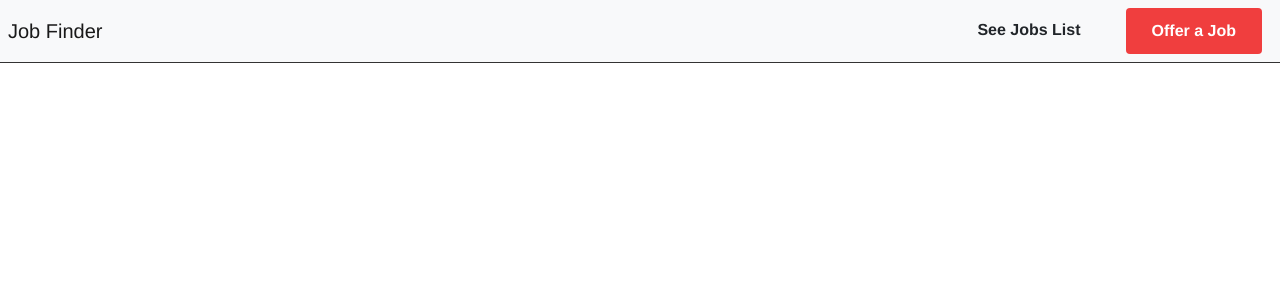
Repository: doncsar/couse-jobfinder-app
Page: templates/add.html
An editor plug-in stored every save of this project. The page is shown before and after the next save, followed by the edit.
The browser window is 1280 px wide. The pictures show the whole page.

Above is the page before, as saved 2023-12-20 20:16:45.

### templates/add.html
<!DOCTYPE html>
   <head>
      <meta charset="UTF-8" />
      <meta name="viewport" content="width=device-width, initial-scale=1.0" />
      <title>Add Job</title>
      <link
         href="https://cdn.jsdelivr.net/npm/bootstrap@5.2.3/dist/css/bootstrap.min.css"
         rel="stylesheet"
         integrity="sha384-rbsA2VBKQhggwzxH7pPCaAqO46MgnOM80zW1RWuH61DGLwZJEdK2Kadq2F9CUG65"
         crossorigin="anonymous"
      />
      <link rel="stylesheet" href="../public/css/styles.css" />
   </head>
<body>
         <header>
         <nav class="navbar fixed-top navbar-expand-lg navbar-light bg-light">
            <a href="index.html" class="navbar-brand">Job Finder</a>
            <button
               class="navbar-toggler"
               type="button"
               data-bs-toggle="collapse"
               data-bs-target="#navbarNav"
               aria-controls="navbarNav"
               aria-expanded="false"
               aria-label="Toggle navigation "
            >
               <span class="navbar-toggle-icon"></span>
            </button>
            <div
               class="collapse navbar-collapse justify-content-end"
               id="navbarNav"
            >
               <ul class="navbar-nav ml-auto">
                  <li class="nav-item">
                     <a class="nav-link" href="index.html">See Jobs List</a>
                  </li>
                  <li class="nav-item">
                     <a href="#" class="nav-link btn btn-primary"
                        >Offer a Job</a
                     >
                  </li>
               </ul>
            </div>
         </nav>
      </header>
      #add-form-container.container>.row>.col-md-12>h1.text-center{Publish Your Job Offer}


      <script
         src="https://cdn.jsdelivr.net/npm/bootstrap@5.2.3/dist/js/bootstrap.bundle.min.js"
         integrity="sha384-kenU1KFdBIe4zVF0s0G1M5b4hcpxyD9F7jL+jjXkk+Q2h455rYXK/7HAuoJl+0I4"
         crossorigin="anonymous"
      ></script>
</body>
</html>

### public/css/styles.css
* {
   box-sizing: border-box;
   font-family: Helvetica, sans-serif;
}

/* nav */
.navbar {
   padding: 0.5rem;
   border-bottom: 1px solid #333;
   display: flex;
   justify-content: space-around;
}

.navbar .nav-item a {
   color: #212529;

}

.navbar .btn a {
   color: #fff;
}

.nav-item {
   margin: 0 10px;
}

.navbar-expand-lg .navbar-nav .nav-link {
   padding: 10px 25px;
   font-weight: bold;
}

.navbar .nav-item .btn {
   color: #fff;
   background-color: #f03e3e;
   border: 1px solid transparent;
   border-radius: 4px;
}

.nav-link.btn.btn-primary:hover,
#search-form button:hover,
.list-group-item a:hover,
#form-box button:hover {
   background-color: #fff;
   color: #f03e3e;
   border-color: #f03e3e;
   border-radius: 4px;
}

/* banner */
#top-container {
  height: 32rem;
   padding: 110px;
   background-color: #f7f9fc;
   border-bottom: 4px solid #01224b;
   margin-bottom: 30px;
   background-image: url('../img/banner2.jpg');
   background-position: 0 80px;
   background-size: cover;
   color: #fff;
}

#main-title {
   padding: 25px 10px;
   font-size: 3rem;
}

#main-subtitle {
   font-size: 1rem;
   margin-bottom: 5rem;
}

/* form */

#search-form {
   padding: 30px 100px;
}

#search-form .col-md-10,
#search-form .col-md-2 {
   padding: 0;
}

#search-form input,
#search-form button {
   width: 100%;
   border-radius: 0;
   height: 50px;
   font-size: 18px;
}

#search-form button {
   color: #fff;
   background-color: #f03e3e;
   border: 1px solid transparent;
   border-radius: 4px;
}

/* lista */

#jobs-container {
   padding: 0 100px;
   padding-bottom: 50px;
}

#job-list .list-group-item {
   margin-bottom: 8px;
   border: 1px solid #ffbebe;
   padding: 15px 80px;
   color: #212529;
   height: 120px;
}

#job-list .list-group-item p {
   font-size: 14px;
   margin-bottom: 5px;
}

#job-list .list-group-item.new-job {
   border: none;
   background-color: #fff7cc;
}

#job-list-title {
   margin-bottom: 35px;
}

.list-group-item img {
   width: 80px;
   border: 1px solid #212529;
   border-radius: 50%;
   background-color: #fff;
   position: absolute;
   left: -40px;
   top: calc(50% - 40px);
}

.list-group-item a {
   position: absolute;
   right: 20px;
   top: 35px;
   height: 50px;
   line-height: 35px;
   background-color: #f03e3e;
   border: 1px solid transparent;
   border-radius: 6px;
   color: #fff;
}

.new-job-label {
   background-color: #fde154;
   color: #6a6100;
   text-transform: uppercase;
   font-weight: bold;
   padding: 5px 10px;
   position: absolute;
   right: 250px;
   top: 40px;
   display: none;
}

.new-job .new-job-label {
   display: block;
}

/* add page */

#add-form-container {
   margin-top: 100px;
}

#form-box {
   padding: 50px;
   box-shadow: 0 1px 5px rgba(0, 0, 0, 0.15);
   border-radius: 4px;
   background-color: #fff;
   margin-bottom: 50px;
}

#add-form-container h1 {
   margin-bottom: 20px;
}

#add-form-container h2 {
   color: #f03e3e;
   font-weight: bold;
   font-size: 24px;
   margin-bottom: 30px;
}

#add-form-container form label {
   font-weight: bold;
}

#add-form-container form input,
#add-form-container form textarea {
   border: 2px solid #ccc;
   background-color: #f8f9fa;
}

#form-box button {
   height: 50px;
   width: 200px;
   background-color: #f03e3e;
   border: 1px solid transparent;
   border-radius: 0;
   margin-top: 20px;
}

/* job-view */

#job-view-container {
   margin-top: 100px;
}

#job-view-container h1 {
   margin-bottom: 30px;
}

#img-container {
   margin-top: 20px;
   margin-bottom: 30px;
}

#img-container img {
   width: 100px;
   border-radius: 50%;
   border: 1px solid #212529;
}

.job-desc {
   width: 60%;
   margin-left: auto;
   margin-right: auto;
}

.bold {
   font-weight: bold;
}

.main-color {
   color: #f03e3e;
}

.back-link {
   border: 1px solid #f03e3e;
   padding: 5px 10px;
   transition: 0.5s;
}

.back-link:hover {
   background-color: #f03e3e;
   color: #fff;
   text-decoration: none;
}

/* responsivo */

@media (max-width: 481px) {
   /* navbar */
   #navbarNav {
      text-align: center;
   }

   /* home */
   #top-container {
      padding: 50px;
      padding-top: 100px;
   }

   #main-title {
      font-size: 2.2rem;
   }

   #main-subtitle {
      font-size: 1.5rem;
   }

   #search-form {
      padding: 0;
   }

   #jobs-container {
      padding: 20px;
   }

   .list-group-item {
      padding: 15px 85px;
   }

   .list-group-item h2 {
      font-size: 1.2rem;
      width: 80%;
   }

   .list-group-item img {
      width: 50px;
      left: 15px;
      top: calc(50% - 25px);
   }

   .new-job .new-job-label {
      display: none;
   }

   /* job view*/

   .back-link {
      margin-left: 30px;
   }

   #job-view-container p {
      font-size: 1.3rem;
   }

   .job-desc {
      width: 80%;
   }

   /* add view */

   #form-box {
      padding: 25px;
   }

   #form-box h2 {
      font-size: 1rem;
      text-align: center;
   }

   #form-box button {
      width: 100%;
   }
}

After the next save:
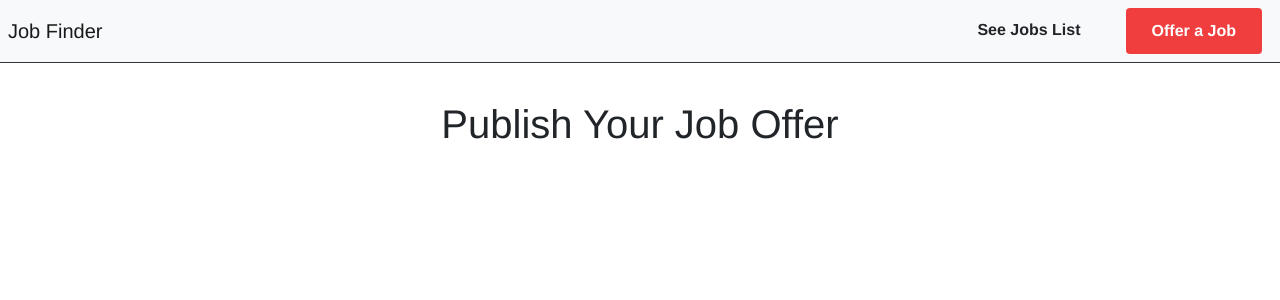
Saved 4 s later.
--- a/templates/add.html
+++ b/templates/add.html
@@ -43,7 +43,13 @@
             </div>
          </nav>
       </header>
-      #add-form-container.container>.row>.col-md-12>h1.text-center{Publish Your Job Offer}
+      <div id="add-form-container" class="container">
+         <div class="row">
+            <div class="col-md-12">
+               <h1 class="text-center">Publish Your Job Offer</h1>
+            </div>
+         </div>
+      </div>
 
 
       <script
